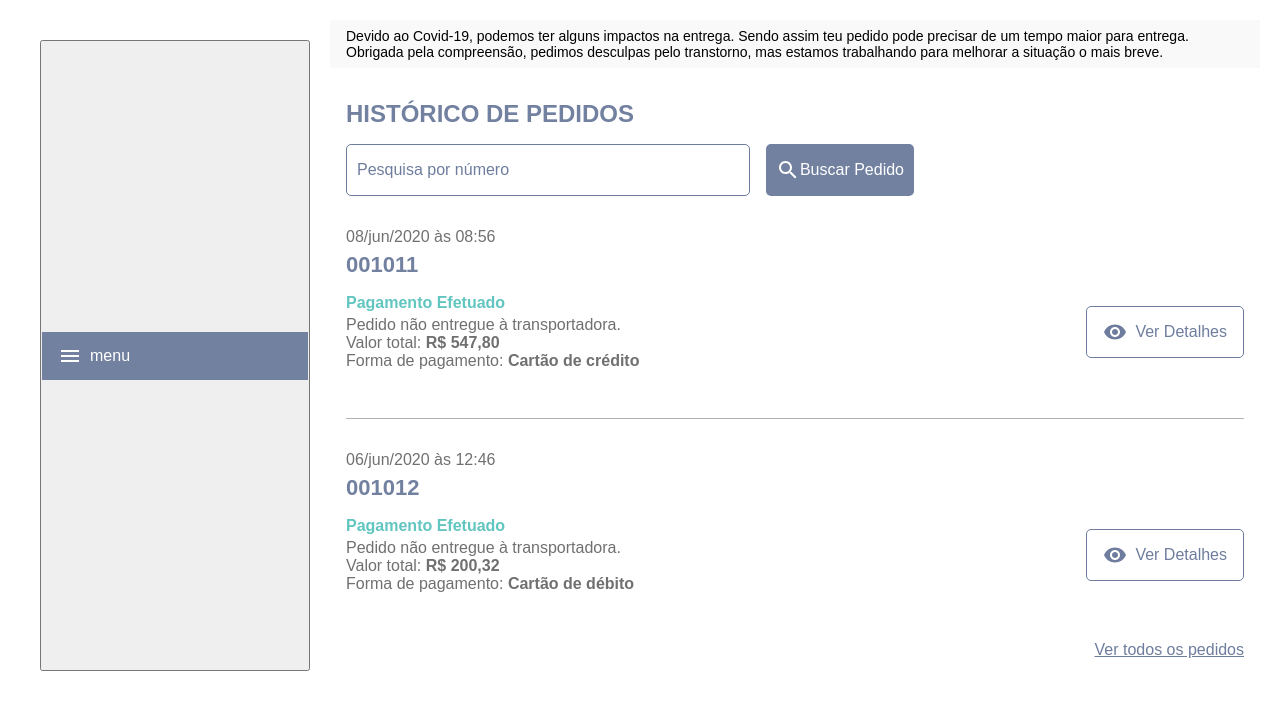
Repository: indiamarasiqueira/gestao-produto
Page: /
An editor plug-in stored every save of this project. The page is shown before and after a run of saves, followed by the edit.
The browser window is 1280 px wide. The pictures show the whole page.
The project was rebuilt for these pictures with package versions that can differ from the ones it lists, and the page was loaded fresh each time. Also part of the build but not shown: src/pages/generic/style.js, src/pages/generic/index.js, src/components/ModalMenu/index.js.

Above is the page before, as saved 2020-07-07 11:29:21.

### src/global.js
import { createGlobalStyle } from "styled-components";

const GlobalStyle = createGlobalStyle`
    * {
        margin: 0;
        padding: 0;
        outline: 0;
        box-sizing: border-box;
    }
   html, body, #root {
    margin: 0;
    padding: 0;
    font-family: 'Montserrat', sans-serif;
    -webkit-font-smoothing: antialiased;
    -moz-osx-font-smoothing: grayscale;
    background-color: #ffffff;
    }
`;
export default GlobalStyle;

### src/routes.js
import React from "react";
import { BrowserRouter, Switch, Route } from "react-router-dom";

import GenericPage from "./pages/generic";
// import AppMenu from "./components/AppMenu";
import OrderHistory from "./pages/orderHistory";
import AlertCovid from "./components/AlertCovid";

export default function Routes() {
  return (
    <BrowserRouter>
      <Switch>
        <Route path="*">
          {/* <AppMenu />
          <AlertCovid /> */}
          <Route path="/perfil" exact component={() => <GenericPage title="Meu Perfil" />} />
          <Route path="/localizacao" exact component={() => <GenericPage title="Meus endereços" />} />
          <Route path="/favoritos" exact component={() => <GenericPage title="Lista de favoritos" />} />
          <Route path={["/", "/pedidos"]} exact component={OrderHistory} />
        </Route>
      </Switch>
    </BrowserRouter>
  );
}

### src/pages/orderHistory/index.js
import React, { Fragment, useState } from "react";

import { OrderMenu, MenuApp } from "./style";

import AppMenu from '../../components/AppMenu'
import AlertCovid from "../../components/AlertCovid";
import HeaderTitle from "../../components/HeaderTitle";
import BoxSearch from "../../components/BoxSearch/index";
import Order from "../../components/Order/index";


const OrderHistory = () => {
  const [value, setValue] = useState("");
  const [query, setQuery] = useState("");
  const handleChange = (e) => setValue(e.target.value);

  const handleSubmit = (e) => {
    e.preventDefault();
    setQuery(value);
  };

  return (
    <OrderMenu>
      <MenuApp>
        <AppMenu />
      </MenuApp>
      <div>
        <AlertCovid />
        <HeaderTitle>HISTÓRICO DE PEDIDOS</HeaderTitle>
        <BoxSearch value={value} handleChange={handleChange} handleSubmit={handleSubmit} />
        <Order query={query} />
      </div>
    </OrderMenu>
  );
};
export default OrderHistory;

### src/components/AlertCovid/index.js
import React from "react";

import { Alert } from './style';

const AlertCovid = () => {
  return (
    <Alert>
      Devido ao Covid-19, podemos ter alguns impactos na entrega. Sendo assim teu pedido pode precisar de um tempo maior
      para entrega. Obrigada pela compreensão, pedimos desculpas pelo transtorno, mas estamos trabalhando para melhorar
      a situação o mais breve.
    </Alert>
  );
};
export default AlertCovid;

### src/components/HeaderTitle/index.js
import React from "react";

import { Title } from "./style";

const HeaderTitle = (props) => {
  return <Title>{props.children}</Title>;
};
export default HeaderTitle;

### src/pages/orderHistory/style.js
import styled from "styled-components";

export const OrderMenu = styled.div`
  display: grid;
  justify-content: center;
  grid-template-columns: 1fr 3fr ;
  padding: 20px;
  box-sizing: border-box;
  height: 100%;

   @media all and ( max-width: 1250px) {
    display: flex;
    flex-direction: column;
    width: 100%;
    padding: 10px;
  }
`;
export const MenuApp = styled.div`
  display: grid;
  justify-content: center;
  grid-template-columns: 1fr;
  padding: 20px;
  box-sizing: border-box;
  height: 100%;

  @media all and (max-width: 1250px) {
    display: flex;
    flex-direction: column;
    width: 100%;
    padding: 10px;
  }
`;

### src/components/AppMenu/index.js
import React, { useState } from "react";
import { useHistory } from "react-router-dom";

import MenuIcon from "@material-ui/icons/Menu";
import LockOpenIcon from "@material-ui/icons/LockOpen";
import HistoryIcon from "@material-ui/icons/History";
import RoomOutlinedIcon from "@material-ui/icons/RoomOutlined";
import FavoriteBorderIcon from "@material-ui/icons/FavoriteBorder";
import CloseIcon from "@material-ui/icons/Close";

import ModalMenu from '../ModalMenu/index';

import {
  MenuMain,
  Button,
  BoxIcon,
  MainMenu,
  UserInfo,
  UserInfoName,
  UserInfoEmail,
  MenuList,
  MenuListItem,
  MenuIconImage
} from "./style";

const AppMenu = () => {
  const history = useHistory();
  const [show, showModal] = useState(false);
  const navigate = (route) => {
    history.push(route);
    showModal(false);
  }

  return (
    <MenuMain>
      <Button onClick={() => showModal(!show)}>
        <BoxIcon>{show ? <CloseIcon /> : <MenuIcon />}</BoxIcon>
        menu
      </Button>
      <ModalMenu show={show}>
        <MainMenu>
          <UserInfo>
            <UserInfoName>Caroline Melinda W Effting</UserInfoName>
            <UserInfoEmail>effting.caroline@gmail.com</UserInfoEmail>
          </UserInfo>
          <MenuList>
            <MenuListItem onClick={() => navigate("/perfil")}>
              <MenuIconImage>
                <LockOpenIcon />
              </MenuIconImage>
              <span className="menu-label">meu perfil</span>
            </MenuListItem>
            <MenuListItem onClick={() => navigate("/pedidos")}>
              <MenuIconImage>
                <HistoryIcon />
              </MenuIconImage>
              <span className="menu-label">histórico de pedidos</span>
            </MenuListItem>
            <MenuListItem onClick={() => navigate("/localizacao")}>
              <MenuIconImage>
                <RoomOutlinedIcon />
              </MenuIconImage>
              <span className="menu-label">meus endereços</span>
            </MenuListItem>
            <MenuListItem onClick={() => navigate("/favoritos")}>
              <MenuIconImage>
                <FavoriteBorderIcon />
              </MenuIconImage>
              <span className="menu-label">lista de favoritos</span>
            </MenuListItem>
          </MenuList>
        </MainMenu>
      </ModalMenu>
    </MenuMain>
  );
};
export default AppMenu;

### src/components/BoxSearch/index.js
import React from "react";

import { Box, InputText, ButtonSearch } from "./style";
import SearchIcon from "@material-ui/icons/Search";

const BoxSearch = (props) => {
  return (
    <Box onSubmit={props.handleSubmit}>
      <InputText
        type="number"
        placeholder="Pesquisa por número"
        value={props.value}
        onChange={props.handleChange}
      />
      <ButtonSearch type="submit">
        <SearchIcon />
        <span className="search-text">Buscar Pedido</span>
      </ButtonSearch>
    </Box>
  );
};
export default BoxSearch;

### src/components/Order/index.js
import React, { useState } from "react";

import VisibilityIcon from "@material-ui/icons/Visibility";
import orderData from '../../db.json'

import {
  Empty,
  OrderList,
  OrderListItem,
  OrderDate,
  OrderId,
  OrderBox,
  OrderInfo,
  OrderStatus,
  ButtonOutline,
  OrderAll,
} from "./style";

const findOrder = (detail, query) => {
  const list = orderData.data;

  if (query){
    const regex = new RegExp(query);

    return list.filter(item => regex.test(item.id))
  }

  return detail ? orderData.data : orderData.data.slice(0, 2);
}


const Order = ({query}) => {
  const [detail, setDetail] = useState(false);
  const list = findOrder(detail, query)

  if (!list.length) {
    return <Empty>nenhum pedido encontrado :(</Empty>
  }

  return (
    <OrderList>
      {list.map((item, key) => (
        <OrderListItem key={key}>
          <OrderDate>{item.date}</OrderDate>
          <OrderId>{item.id}</OrderId>
          <OrderBox>
            <OrderInfo>
              <OrderStatus>{item.title}</OrderStatus>
              <p>
                {item.description}
                <br />
                Valor total: <b>R$ {item.price} </b>
                <br />
                Forma de pagamento: <b>{item.payment}</b>
              </p>
            </OrderInfo>
            <ButtonOutline>
              <VisibilityIcon />
              Ver Detalhes
            </ButtonOutline>
          </OrderBox>
        </OrderListItem>
      ))}
      {!detail && <OrderAll onClick={setDetail}>Ver todos os pedidos</OrderAll>}
    </OrderList>
  );
};
export default Order;

### src/components/AlertCovid/style.js
import styled from "styled-components";


// Main Page
export const Alert = styled.div`
  background: #f9f9f9;
  padding: 8px 16px;
  font-size: 14px;
`;

### src/components/HeaderTitle/style.js
import styled from "styled-components";

export const Title = styled.h1`
  color: #7281a0;
  padding: 16px;
  margin-top: 16px;
  font-weight: bold;
  font-size: 24px;
`;

### src/components/AppMenu/style.js
import styled from "styled-components";

export const MenuMain = styled.button`

`;
export const Button = styled.button`
  display: flex;
  align-items: center;
  justify-content: start;
  padding: 12px 16px;
  border: none;
  background: #7281A0;
  width: 100%;
  color: #ffffff;
  font-size: 16px;
  transition: all 0.2s ease-out;
  height: 48px;

  :hover{
    color: #7281A0;
    background: #F4F4F4;
  }

`;
export const BoxIcon = styled.div`
  display: inline-block;
  margin-right: 8px;
  height: 24px;
`;
export const MainMenu = styled.div`
  color: #717171;
  padding: 0 16px;
  border-bottom: 1px solid rgba(0, 0, 0, 0.3);
  position: fixed;
  top: 48px;
  left: 0;
  right: 0;
  bottom: 0;
  background: #fff;

   @media all and (min-width: 600px) {
    border-right: 1px solid rgba(0, 0, 0, 0.3);
    display: flex;
    align-items: start;
    justify-content: start;
    flex-direction: column;
    width: 340px;
    height: 100%;
  }
`;

// User
export const UserInfo = styled.div`
  padding: 16px 0;
`;
export const UserInfoName = styled.p`
  margin-bottom: 8px;
`;
export const UserInfoEmail = styled.p``;
// Menu
export const MenuList = styled.nav`

`;

export const MenuListItem = styled.a`
  display: flex;
  align-items: center;
  padding: 16px 0;
  border-top: 1px solid rgba(0, 0, 0, 0.3);

  :hover{
    color: #707070;
    background: #F4F4F4;
  }
`;
export const MenuIconImage = styled.i`
  padding-left: 4px;
  padding-right: 16px;
`;

### src/components/BoxSearch/style.js
import styled from "styled-components";

export const Box = styled.form`
  padding: 0 16px;
  display: flex;
  align-items: center;
  justify-content: space-between;
  max-width: 600px;

`;
export const InputText = styled.input`
  flex: 1;
  color: #7281a0;
  height: 52px;
  border-radius: 5px;
  border: 1px solid #6e7d9d;
  font-size: 16px;
  padding-left: 10px;

  ::placeholder {
    color: #6e7d9d;
  }
`;
export const ButtonSearch = styled.button`
  background: #7281a0;
  border-radius: 5px;
  height: 52px;
  border: none;
  margin-left: 16px;
  padding: 10px;
  color: #ffffff;
  font-size: 16px;
  display: flex;
  align-items: center;
  justify-content: center;

  @media all and (max-width: 600px){
    .search-text{
      display: none;
    }
  }
`;

### src/db.json
{
  "data": [
    {
      "id": "001011",
      "date": "08/jun/2020 às 08:56",
      "title": "Pagamento Efetuado",
      "description": "Pedido não entregue à transportadora.",
      "price": "547,80",
      "payment": "Cartão de crédito"

    },
    {
      "id": "001012",
      "date": "06/jun/2020 às 12:46",
      "title": "Pagamento Efetuado",
      "description": "Pedido não entregue à transportadora.",
      "price": "200,32",
      "payment": "Cartão de débito"
    },
    {
      "id": "001013",
      "date": "04/jun/2020 às 09:30",
      "title": "Pagamento Efetuado",
      "description": "Pedido não entregue à transportadora.",
      "price": "150,60",
      "payment": "Cartão de crédito"
    },
    {
      "id": "001014",
      "date": "29/mai/2020 às 17:30",
      "title": "Pagamento Efetuado",
      "description": "Pedido não entregue à transportadora.",
      "price": "83,58",
      "payment": "Cartão de débito"
    }
  ]

}

### src/components/Order/style.js
import styled from "styled-components";

export const Empty = styled.div`
  padding: 16px;
  color: #ccc;
  text-align: center;
`;
export const OrderList = styled.div`
  padding: 0 16px;
`;
export const OrderListItem = styled.div`
  padding: 32px 0;
  border-top: 1px solid rgba(0, 0, 0, 0.3);

  &:first-of-type {
    border-top-width: 0;
  }

`;
export const OrderDate = styled.p`
  color: #707070;
  font-size: 16px;
`;
export const OrderId = styled.p`
  padding-top: 6px;
  color: #7281a0;
  font-size: 22px;
  font-weight: bold;
`;
export const OrderBox = styled.div`

  @media all and (min-width: 600px){
    display: flex;
    align-items: center;
  }
`;
export const OrderInfo = styled.div`
  flex: 1;
  margin: 16px 0;
  color: #707070;

`;
export const OrderStatus = styled.p`
  color: #61c5c0;
  margin-bottom: 4px;
  font-weight: bold;
`;
export const ButtonOutline = styled.div`
  border-radius: 5px;
  border: 1px solid #6e7d9d;
  height: 52px;
  display: flex;
  align-items: center;
  justify-content: center;
  color: #6e7d9d;
  padding: 8px 16px;

  svg {
    margin-right: 8px;
  }

`;
export const OrderAll = styled.button`
  color: #6E7D9D;
  margin-bottom: 32px;
  background: none;
  border: none;
  text-decoration: underline;
  width: 100%;
  display: flex;
  align-items: center;
  justify-content: flex-end;
  font-size: 16px;
`;

Loaded but not shown: public/index.html (common file); src/index.js (common file)

After the next 3 saves:
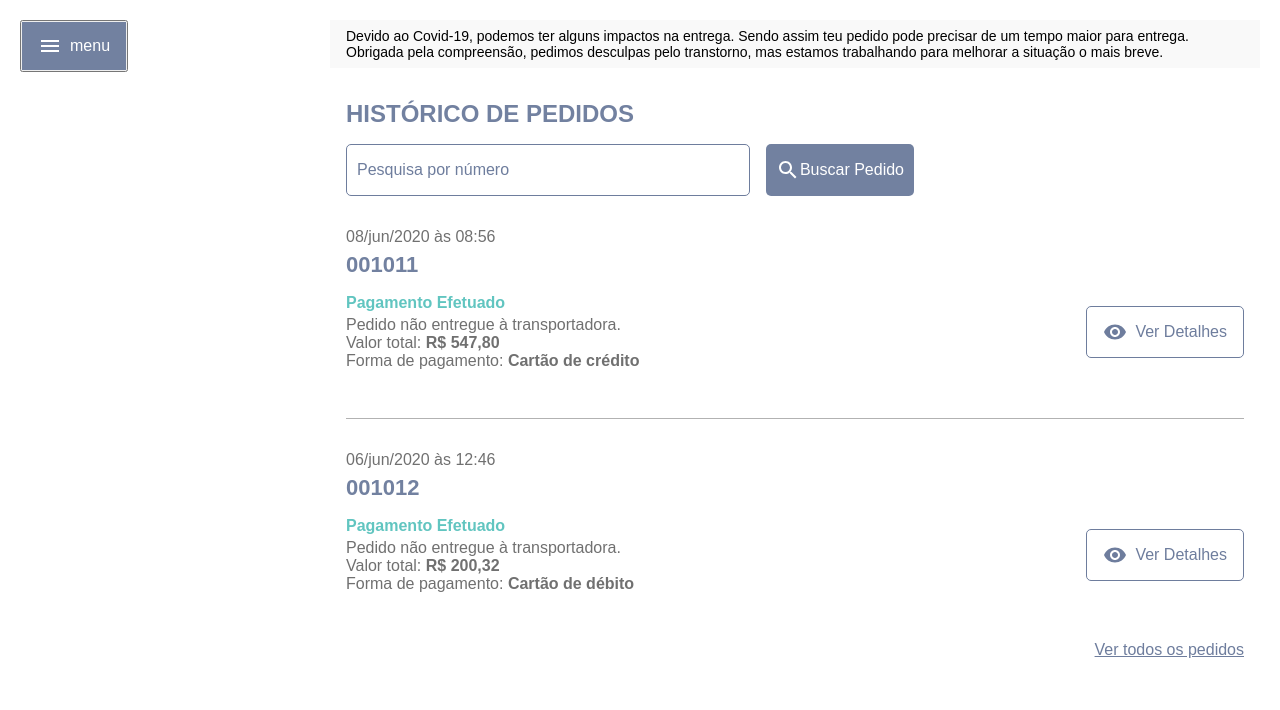
The 3 saves are shown as one change because 2 did not build or start.
The last was saved 2 min 22 s later.
--- a/src/pages/orderHistory/style.js
+++ b/src/pages/orderHistory/style.js
@@ -16,17 +16,5 @@ export const OrderMenu = styled.div`
   }
 `;
 export const MenuApp = styled.div`
-  display: grid;
-  justify-content: center;
-  grid-template-columns: 1fr;
-  padding: 20px;
-  box-sizing: border-box;
-  height: 100%;
 
-  @media all and (max-width: 1250px) {
-    display: flex;
-    flex-direction: column;
-    width: 100%;
-    padding: 10px;
-  }
 `;
